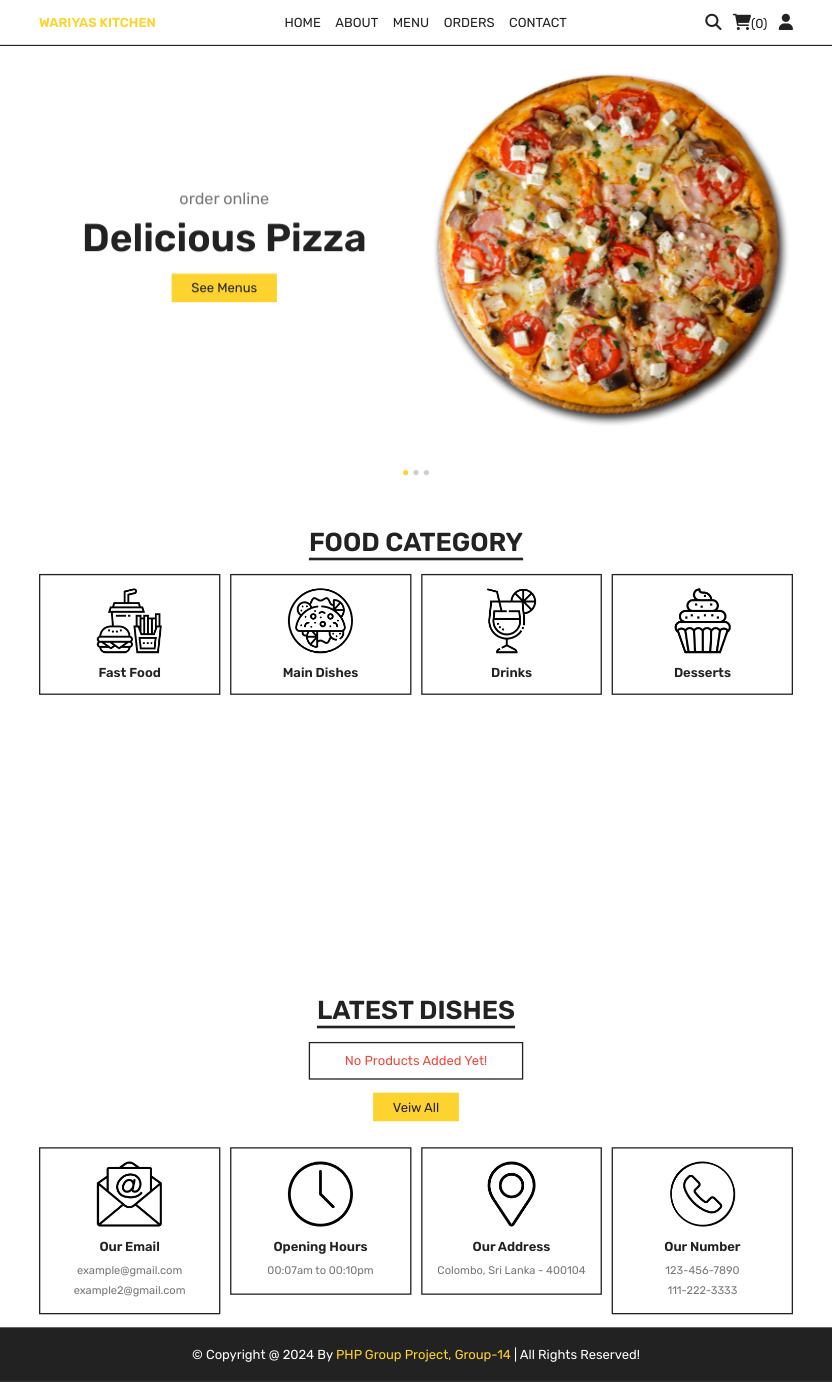
Repository: navodniwarshana/food_order_site
Page: http://localhost/home.php
The author's editor kept a copy of each file at every save. The page is drawn from the files as they stood at one save, then again after a run of saves.
The browser window is 1280 px wide. The pictures show the whole page, at 65% of full size.
Some web libraries are served in a nearby version. The page is run by PHP 8.4 with error messages shown; the project is at /var/www/html/. Queries for data that is not in the repository find no rows.

Above is the page before, as saved 2024-09-27 18:32:31.
Console error: TypeError: Cannot read properties of null (reading 'style')

After the next 6 saves:
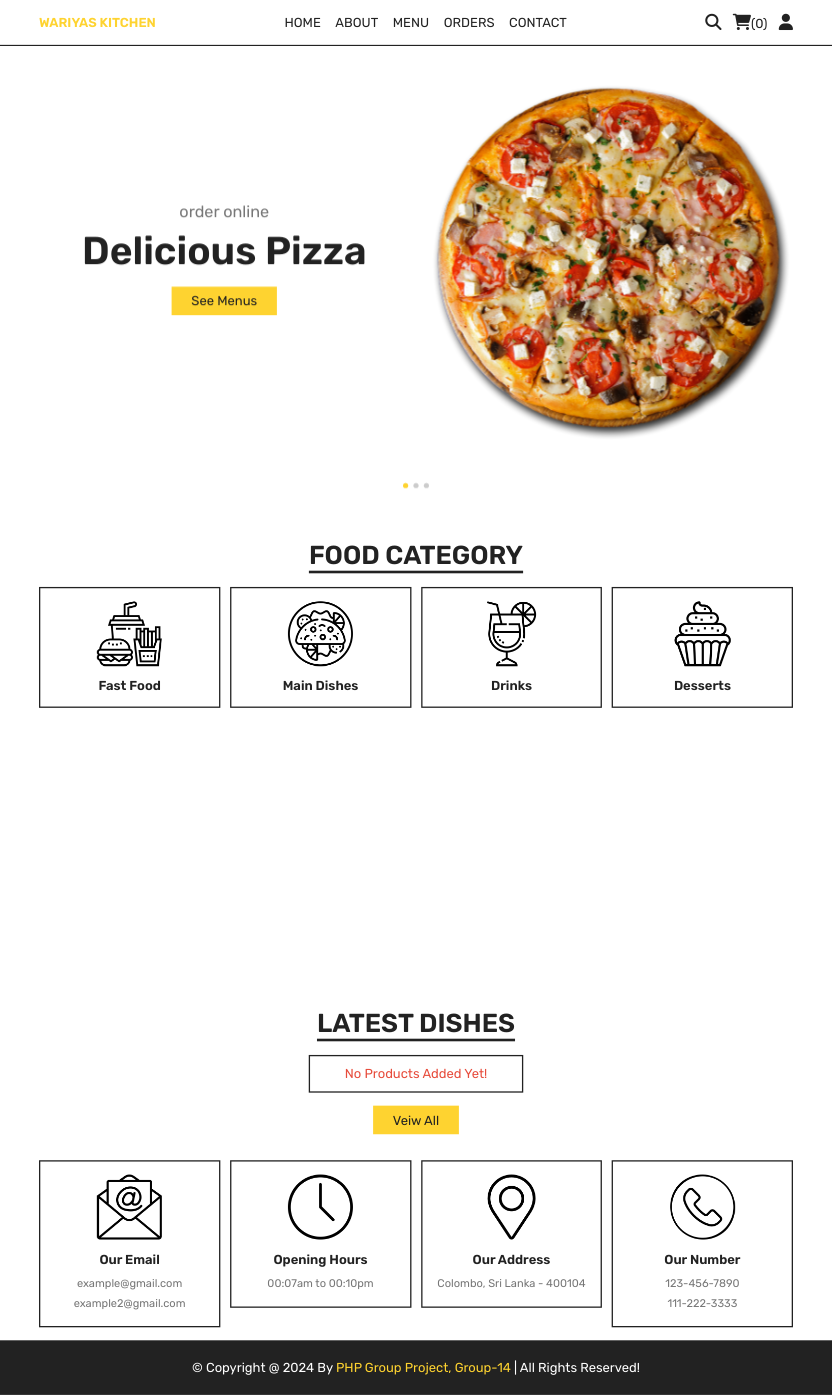
The 6 saves are shown as one change because they came seconds apart.
The last was saved 49 s later.
--- a/home.php
+++ b/home.php
@@ -37,7 +37,7 @@
 
 
 
-<section class="hero" style="height: 100vh;">
+<section class="hero" style="height: 100vh; margin-top:20px;">
 
    <div class="swiper hero-slider">
 

After the save that followed:
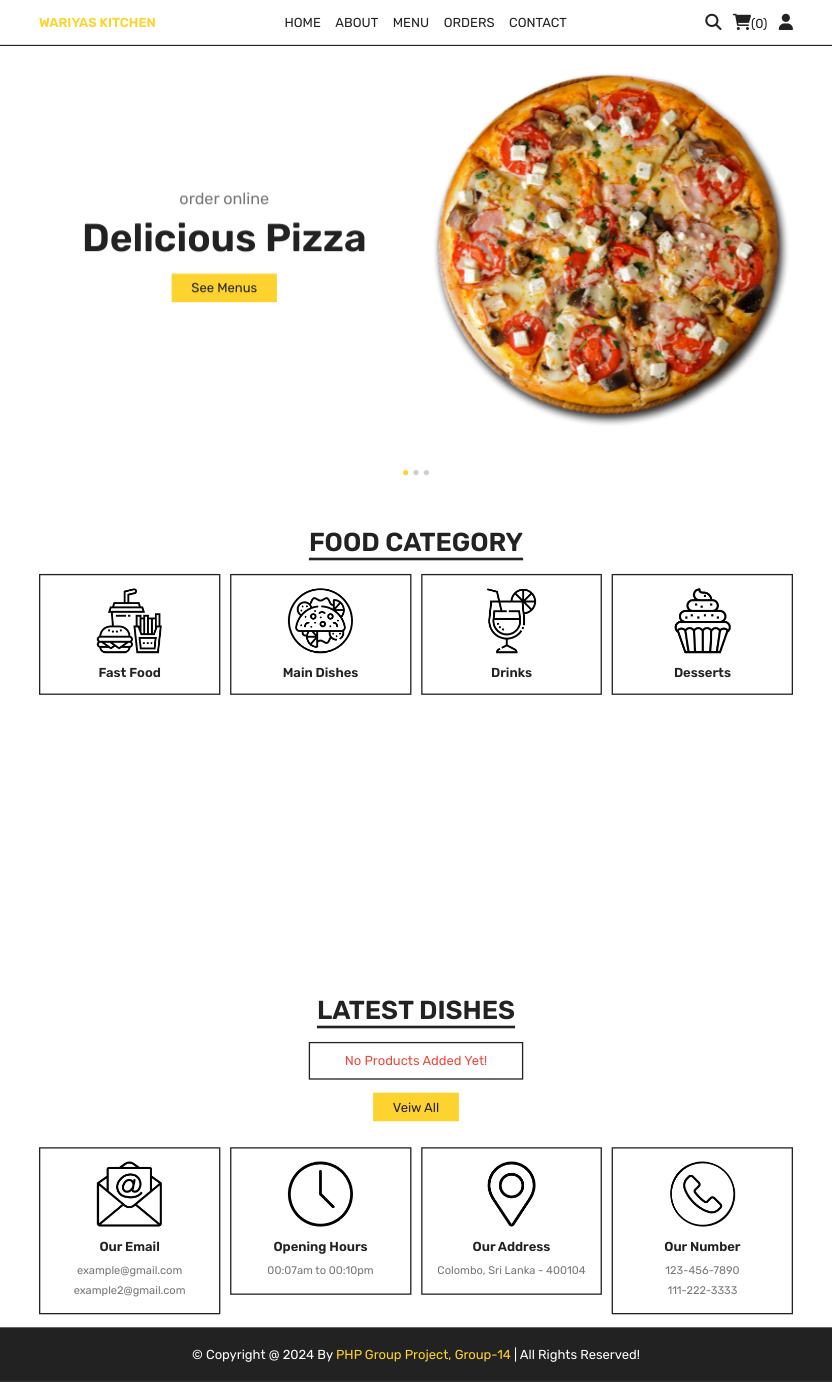
Saved 11 s later.
--- a/home.php
+++ b/home.php
@@ -37,7 +37,7 @@
 
 
 
-<section class="hero" style="height: 100vh; margin-top:20px;">
+<section class="hero" style="height: 100vh; ">
 
    <div class="swiper hero-slider">
 
